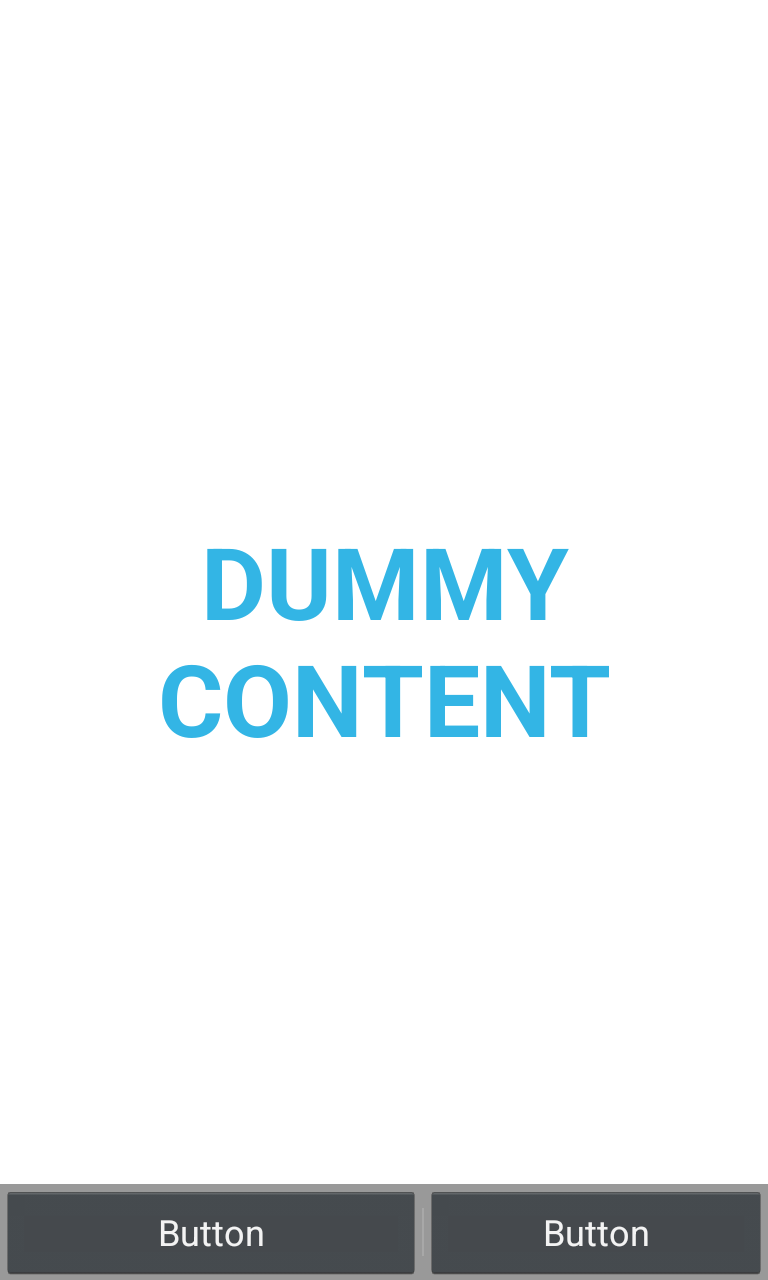
Repository: fedecarossino/seriesHook
Layout: SeriesHook/res/layout/activity_fullscreen.xml
These files come from the project's save history. The layout is drawn as it stood at one moment and after the next save; the edit follows.
It is drawn on a 768 x 1280 px phone screen (xhdpi) without system bars, with theme FullscreenTheme; the app's code is not run.

Above is the layout before, as saved 2013-05-11 03:02:07.

### SeriesHook/res/layout/activity_fullscreen.xml
<FrameLayout xmlns:android="http://schemas.android.com/apk/res/android"
    xmlns:tools="http://schemas.android.com/tools"
    android:layout_width="match_parent"
    android:layout_height="match_parent"
    android:background="#FFFFFFF"
    tools:context=".FullscreenActivity" >

    <!--
         The primary full-screen view. This can be replaced with whatever view
         is needed to present your content, e.g. VideoView, SurfaceView,
         TextureView, etc.
    -->

    <TextView
        android:id="@+id/fullscreen_content"
        android:layout_width="match_parent"
        android:layout_height="match_parent"
        android:gravity="center"
        android:keepScreenOn="true"
        android:text="@string/dummy_content"
        android:textColor="#33b5e5"
        android:textSize="50sp"
        android:textStyle="bold" />

    <!--
         This FrameLayout insets its children based on system windows using
         android:fitsSystemWindows.
    -->

    <FrameLayout
        android:layout_width="match_parent"
        android:layout_height="match_parent"
        android:fitsSystemWindows="true" >

        <LinearLayout
            android:id="@+id/fullscreen_content_controls"
            style="?buttonBarStyle"
            android:layout_width="match_parent"
            android:layout_height="wrap_content"
            android:layout_gravity="bottom|center_horizontal"
            android:background="@color/black_overlay"
            android:orientation="horizontal"
            tools:ignore="UselessParent" >

            <Button
                android:id="@+id/button1"
                android:layout_width="152dp"
                android:layout_height="wrap_content"
                android:layout_weight="0.78"
                android:text="Button" />

            <Button
                android:id="@+id/button2"
                android:layout_width="152dp"
                android:layout_height="wrap_content"
                android:layout_weight="0.26"
                android:text="Button" />

        </LinearLayout>

        <FrameLayout
            android:layout_width="match_parent"
            android:layout_height="53dp" >
        </FrameLayout>

        <TableRow
            android:id="@+id/tableRow1"
            android:layout_width="match_parent"
            android:layout_height="match_parent" >
        </TableRow>

    </FrameLayout>

</FrameLayout>

### SeriesHook/res/values/strings.xml
<?xml version="1.0" encoding="utf-8"?>
<resources>

    <string name="app_name">SeriesHook</string>
    <string name="dummy_button">Dummy Button</string>
    <string name="dummy_content">DUMMY\nCONTENT</string>

</resources>

Loaded but not shown: SeriesHook/res/values-v11/styles.xml (common file); SeriesHook/res/values/styles.xml (common file); SeriesHook/res/values/colors.xml (common file)

After the next save:
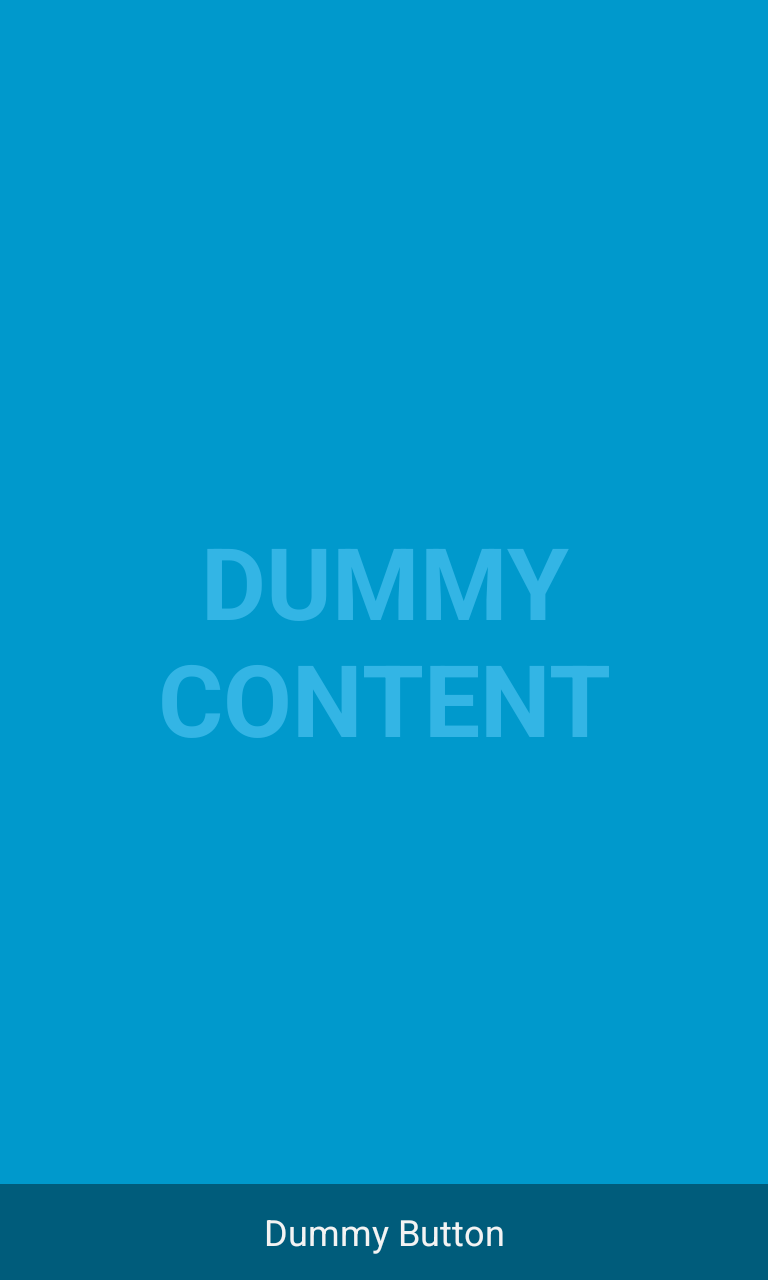
Saved 41 s later.
--- a/SeriesHook/res/layout/activity_fullscreen.xml
+++ b/SeriesHook/res/layout/activity_fullscreen.xml
@@ -2,7 +2,7 @@
     xmlns:tools="http://schemas.android.com/tools"
     android:layout_width="match_parent"
     android:layout_height="match_parent"
-    android:background="#FFFFFFF"
+    android:background="#0099cc"
     tools:context=".FullscreenActivity" >
 
     <!--
@@ -43,31 +43,13 @@
             tools:ignore="UselessParent" >
 
             <Button
-                android:id="@+id/button1"
-                android:layout_width="152dp"
+                android:id="@+id/dummy_button"
+                style="?buttonBarButtonStyle"
+                android:layout_width="0dp"
                 android:layout_height="wrap_content"
-                android:layout_weight="0.78"
-                android:text="Button" />
-
-            <Button
-                android:id="@+id/button2"
-                android:layout_width="152dp"
-                android:layout_height="wrap_content"
-                android:layout_weight="0.26"
-                android:text="Button" />
-
+                android:layout_weight="1"
+                android:text="@string/dummy_button" />
         </LinearLayout>
-
-        <FrameLayout
-            android:layout_width="match_parent"
-            android:layout_height="53dp" >
-        </FrameLayout>
-
-        <TableRow
-            android:id="@+id/tableRow1"
-            android:layout_width="match_parent"
-            android:layout_height="match_parent" >
-        </TableRow>
 
     </FrameLayout>
 
